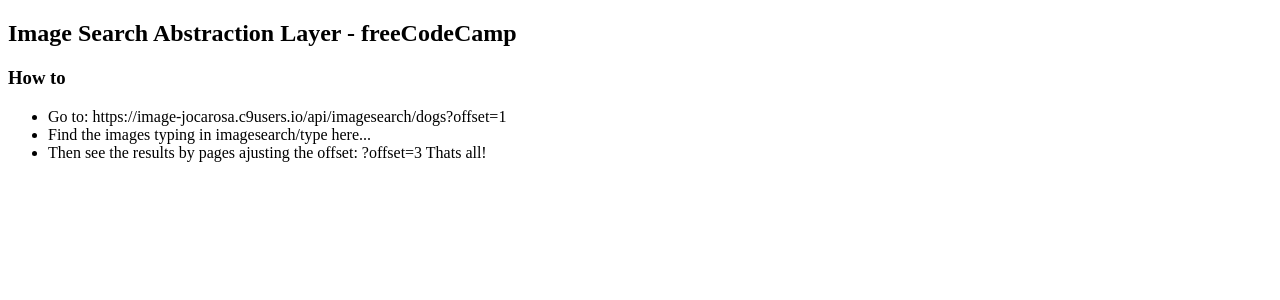
Repository: jocarosa/image_search
Page: public/index.html
The author's editor kept a record of every edit. The page is drawn from the files as they stood at one moment, then again after the next edit.
The browser window is 1280 px wide. The pictures show the whole page.

Above is the page before.

### public/index.html
<!DOCTYPE html>

<html>

	<head>
		<title>App Image Search Jocarosa</title>


	</head>


	<body>
		<h2>Image Search Abstraction Layer - freeCodeCamp</h2>
			<h3>How to</h3>
			<ul>
				<li>Go to: https://image-jocarosa.c9users.io/api/imagesearch/dogs?offset=1</li>
				<li>Find the images typing in imagesearch/type here...</li>
				<li>Then see the results by pages ajusting the offset:  ?offset=3  Thats all!</li>

			</ul>
	</body>

</html>

### public/css/style.css
li{
    font-size: 18px;
}

After the next edit:
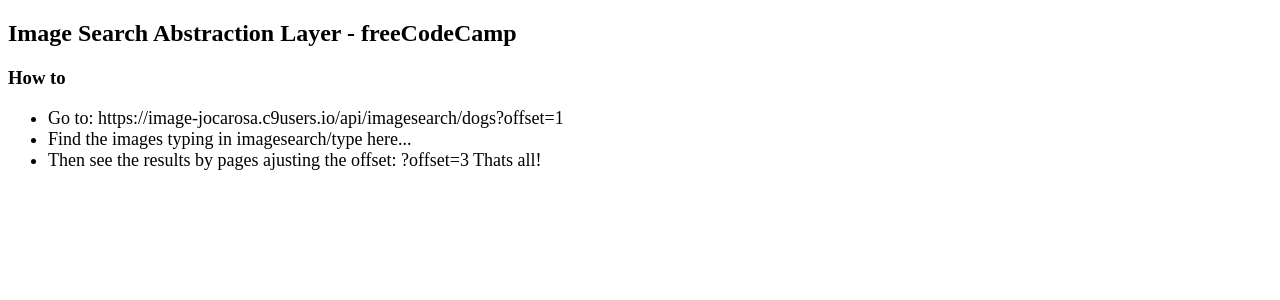
The edit:
--- a/public/index.html
+++ b/public/index.html
@@ -4,8 +4,7 @@
 
 	<head>
 		<title>App Image Search Jocarosa</title>
-
-
+		<link rel="stylesheet" type="text/css" href="css/style.css">
 	</head>
 
 
